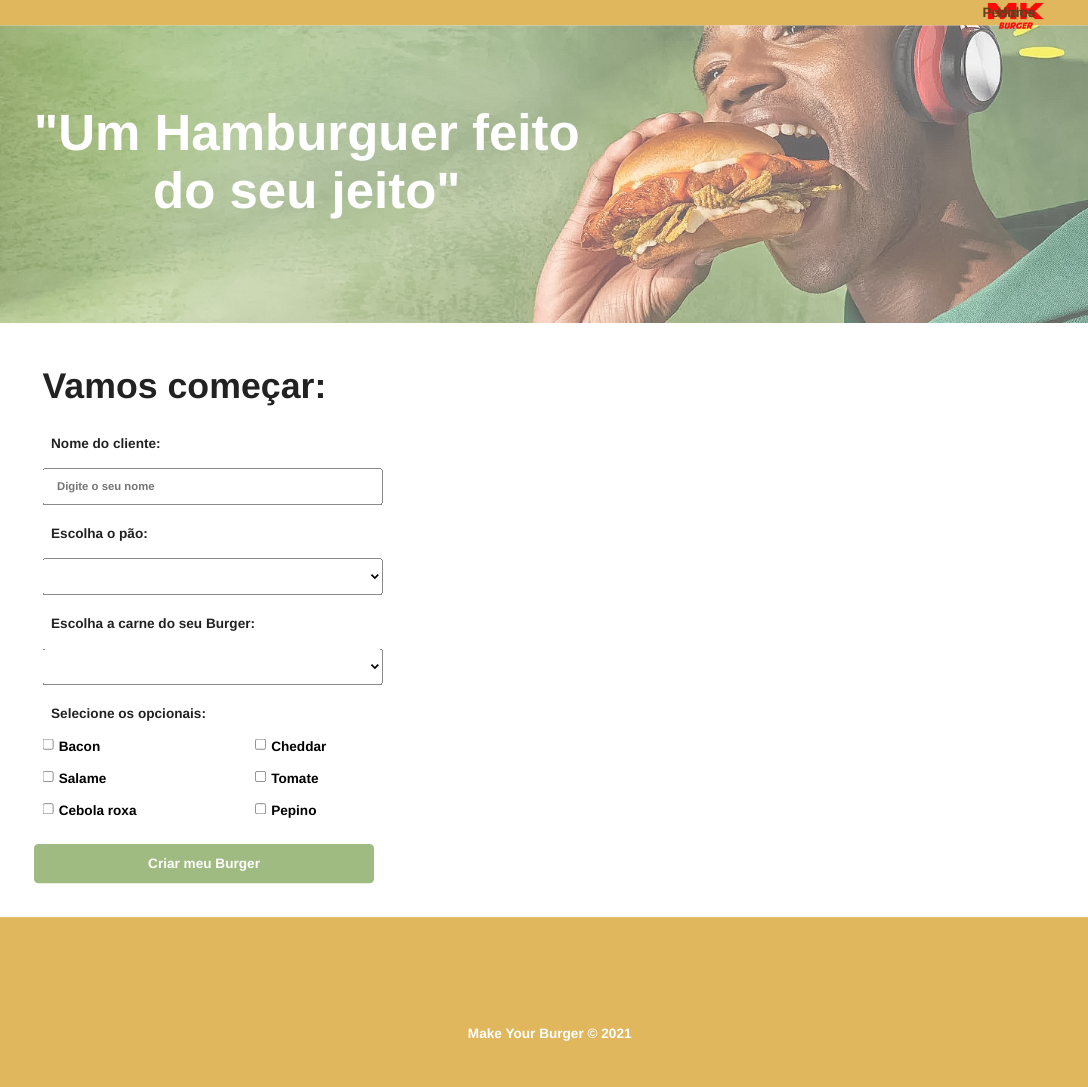
Repository: MarcoantonioCaldeira/Sistema-para-Hamburgueria
Page: /
The author's editor kept a copy of each file at every save. The page is drawn from the files as they stood at one save, then again after the next save.
The browser window is 1280 px wide. The pictures show the whole page, at 85% of full size.
The project was rebuilt for these pictures with package versions that can differ from the ones it lists, and the page was loaded fresh each time. Requests to the local data server were answered from the project's data file. Also part of the build but not shown: vue.config.js.

Above is the page before, as saved 2022-11-02 22:27:45.

### src/App.vue
<template>
  <div>
    <Navbar :logo="logo_src" :alt="app_name"/>
    <div>
      <router-view></router-view>
    </div>
    <Footer />
  </div>
</template>

<script>
 import Navbar from './components/Navbar.vue';
 import Footer from './components/Footer.vue';

export default {
  data: function() {
    return{
      logo_src: "/img/logo.png",
      app_name: "Make Your Burger"
    }
  },
  components: {
    Navbar,
    Footer
  }
}
</script>

<style>
  * {
    font-family: Helvetica;
    font-weight: bold;
    padding: 0;
    margin: 0;
    box-sizing: border-box;
  }
  .main-container {
    margin: 50px;
    min-height: 250px;
  }
  h1 {
    font-size: 42px;
    margin-bottom: 30px;
    color: #222;
  }
</style>

### src/router/index.js
import { createRouter, createWebHistory } from 'vue-router'
import HomeView from '../views/Home.vue'

const routes = [
  {
    path: '/',
    name: 'home',
    component: HomeView
  },
  {
    path: '/pedidos',
    name: 'Pedidos',
    component: () => import(/* webpackChunkName: "pedidos" */ '../views/Pedidos.vue')
  }
]

const router = createRouter({
  history: createWebHistory(process.env.BASE_URL),
  routes
})

export default router

### src/components/Navbar.vue
<template>
    <div id="nav">
        <router-link to="/" id="logo-url">
            <img :src="logo" :alt="alt" id="logo">
        </router-link>
        <router-link to="/">Home</router-link>
        <router-link to="/pedidos">Pedidos</router-link>
    </div>
</template>

    <script>
    export default {
     name: 'Navbar',
     props: ["logo", "alt"]
    }
    </script>

    <style>
    #nav{
        background-color: rgb(224, 183, 92);
        padding: 15px 50px;
        display: flex;
        justify-content: flex-end;
        align-items: center;
      }

      #nav #logo-url{
        margin: auto;
        margin-left: 0;
      }

      #logo{
        width: 70px;
        height: 70px;
      }

      #nav a{
        color: #604020;
        font-siza: 160px;
        text-decoration:none;
        margin:12px;
        transition: .5s;
      }

      #nav a:hover{
        color:#fff;
      }
    </style>

### src/components/Footer/Footer.vue
<template>
    <div id="footer">
      <p>Make Your Burger &copy; 2021</p>
      <div id="Footer-info">
        <a>Quem somos</a>
        <a>Nossos Termos</a>
        <a>Entre em contato conosco</a>
      </div>
    </div>
  </template>

  <script>
  export default {
    name: "Footer"
  }
  </script>

  <style src="./style.scss"  lang="scss">

  </style>

### src/views/Home.vue
<template>
  <Banner />
  <div class="main-container">
    <h1>Vamos começar:</h1>
    <BurgerForm />
  </div>
</template>

<script>
import Banner from "../components/Banner.vue"
import BurgerForm from "../components/BurgerForm.vue"

export default{
  name: "Home",
  components: {
    Banner,
    BurgerForm
  }
}
</script>

### src/components/Footer/style.scss

p{
    position:absolute;
    margin-left: 43%;
    margin-top: 10%;
    display: inline;
  }

  a{
    position: absolute;
    margin-top: 10%;
    margin: 0 10px;
  }

  #Footer-info{
    height: 40px;
    margin-left: -53%;
  }

  #footer {
    height: 200px;
    background-color: rgb(224, 183, 92);
    color: #ffffff;
    bottom: 0;
    width: 100%;
  }

### src/components/Banner.vue
<template>
   <div id="main-banner">
    <h1>"Um Hamburguer feito <br> do seu jeito"</h1>
   </div>
</template>
<script>

export default{
    name: 'Banner'
}

</script>
<style>

#main-banner{
    background-image: url('/public/img/burger.jpg');
    background-position: 0 -250px;
    background-size: cover;
    height: 350px;
    display: flex;
    align-items: center;
    justify-content: flex-start;
}

#main-banner h1{
    color: #fff;
    text-align: center;
    font-size: 60px;
    padding: 20px 40px;
}
</style>

### src/components/BurgerForm.vue
<template>
    <Message :msg="msg" v-show="msg" />
    <div>
      <form id="burger-form" method="POST" @submit="createBurger">
        <div class="input-container">
          <label for="nome">Nome do cliente:</label>
          <input type="text" id="nome" name="nome" v-model="nome" placeholder="Digite o seu nome" required>
        </div>
        <div class="input-container">
          <label for="pao">Escolha o pão:</label>
          <select name="pao" id="pao" v-model="pao">
            <option value="">Selecione o seu pão</option>
            <option v-for="pao in paes" :key="pao.id" value="pao.tipo">{{ pao.tipo }}</option>
          </select>
        </div>
        <div class="input-container">
          <label for="carne">Escolha a carne do seu Burger:</label>
          <select name="carne" id="carne" v-model="carne">
            <option value="">Selecione o tipo de carne</option>
            <option v-for="carne in carnes" :key="carne.id" value="carne.tipo">{{ carne.tipo }}</option>
          </select>
        </div>
        <div id="opcionais-container" class="input-container">
          <label id="opcionais-title" for="opcionais">Selecione os opcionais:</label>
          <div class="checkbox-container" v-for="opcional in opcionaisdata" :key="opcional.id">
            <input type="checkbox" name="opcionais" v-model="opcionais" :value="opcional.tipo">
            <span>{{ opcional.tipo }}</span>
          </div>
        </div>
        <div class="input-container">
          <input class="submit-btn" type="submit" value="Criar meu Burger">
        </div>
      </form>
    </div>
  </template>

  <script>
  import Message from './Message'
  export default {
    name: "BurgerForm",
    data() {
      return {
        paes: null,
        carnes: null,
        opcionaisdata: null,
        nome: null,
        pao: null,
        carne: null,
        opcionais: [],
        status: "Solicitado",
        msg: null
      }
    },
    methods: {
      async getIngredientes() {
        const req = await fetch('http://localhost:3000/ingredientes');
        const data = await req.json();

        this.paes = data.paes;
        this.carnes = data.carnes;
        this.opcionaisdata = data.opcionais;
      },
      async createBurger(e) {

        e.preventDefault();

        const data = {
          nome: this.nome,
          carne: this.carne,
          pao: this.pao,
          opcionais: Array.from(this.opcionais),
          status: "Solicitado"
        }

        const dataJson = JSON.stringify(data);

        const req = await fetch('http://localhost:3000/burgers', {
          method: "POST",
          headers: { "Content-Type" : "application/json" },
          body: dataJson
        });
        const res = await req.json()
        console.log(res)
        this.msg = "Pedido realizado com sucesso!"
        // clear message
        setTimeout(() => this.msg = "", 3000)
        // limpar campos
        this.nome = ""
        this.carne = ""
        this.pao = ""
        this.opcionais = []

      }
    },
    mounted () {
      this.getIngredientes()
    },
    components: {
      Message
    }
  }
  </script>

  <style scoped>
  #burger-form {
    max-width: 500px;
  }
  .input-container {
    display: flex;
    flex-direction: column;
    margin-bottom: 20px;
  }
  label {
    font-weight: bold;
    margin-bottom: 15px;
    color: #222;;
    padding: 5px 10px;
  }
  input, select {
    padding: 12px 15px;
    width: 400px;
  }
  #opcionais-container {
    flex-direction: row;
    flex-wrap: wrap;
  }
  #opcionais-title {
    width: 100%;
  }
  .checkbox-container {
    display: flex;
    align-items: flex-start;
    width: 50%;
    margin-bottom: 20px;
  }
  .checkbox-container span,
  .checkbox-container input {
    width: auto;
  }
  .checkbox-container span {
    margin-left: 6px;
    font-weight: bold;
  }
  .submit-btn {
    background-color:#a0bb82;
    border-radius: 5px;
    color:white;
    font-weight: bold;
    border: 2px solid #a0bb82;
    padding: 15 15px;
    font-size: 16px;
    margin: -2%;
    cursor: pointer;
    transition: .5s;
  }
  .submit-btn:hover {
    background-color: transparent;
    color: #222;
  }
</style>

### src/components/Message.vue
<template>
    <div class="message-container">
        <p>{{ msg }}</p>
    </div>
</template>

<script>
export default {
    name: "Message",
    props: {
        msg: String
    }
}
</script>

<style>

.message-container{
    color: #004085;
    background-color: #deeeff;
    border: 2px solid #deeeff;
    border-radius: 5px;
    padding: 10px;
    max-width: 400px;
    margin: 30px auto;
}
</style>

### db/db.json
{
  "ingredientes": {
    "paes": [
      {
        "id": 1,
        "tipo": "Italiano Branco"
      },
      {
        "id": 2,
        "tipo": "3 Queijos"
      },
      {
        "id": 3,
        "tipo": "Parmesão e Orégano"
      },
      {
        "id": 4,
        "tipo": "Integral"
      }
    ],
    "carnes": [
      {
        "id": 1,
        "tipo": "Maminha"
      },
      {
        "id": 2,
        "tipo": "Alcatra"
      },
      {
        "id": 3,
        "tipo": "Picanha"
      },
      {
        "id": 4,
        "tipo": "Veggie burger"
      }
    ],
    "molhos-opcionais": [
      {
        "id": 1,
        "tipo": "Tomate"
      },
      {
        "id": 2,
        "tipo": "Creme de Alho"
      },
      {
        "id": 3,
        "tipo": "Vinagre com tomate"
      },
      {
        "id": 4,
        "tipo": "Pimenta mexicana"
      }
    ],
    "opcionais": [
      {
        "id": 1,
        "tipo": "Bacon"
      },
      {
        "id": 2,
        "tipo": "Cheddar"
      },
      {
        "id": 3,
        "tipo": "Salame"
      },
      {
        "id": 4,
        "tipo": "Tomate"
      },
      {
        "id": 4,
        "tipo": "Cebola roxa"
      },
      {
        "id": 4,
        "tipo": "Pepino"
      }
    ]
  },
  "status": [
    {
      "id": 1,
      "tipo": "Solicitado"
    },
    {
      "id": 2,
      "tipo": "Em produção"
    },
    {
      "id": 3,
      "tipo": "Finalizado"
    }
  ],
  "burgers": [
    {
      "nome": "Marco ",
      "carne": "carne.tipo",
      "pao": "pao.tipo",
      "opcionais": [
        "Tomate",
        "Bacon",
        "Salame"
      ],
      "status": "Solicitado",
      "id": 1
    }
  ]
}

Loaded but not shown: public/index.html (common file); src/main.js (common file)

After the next save:
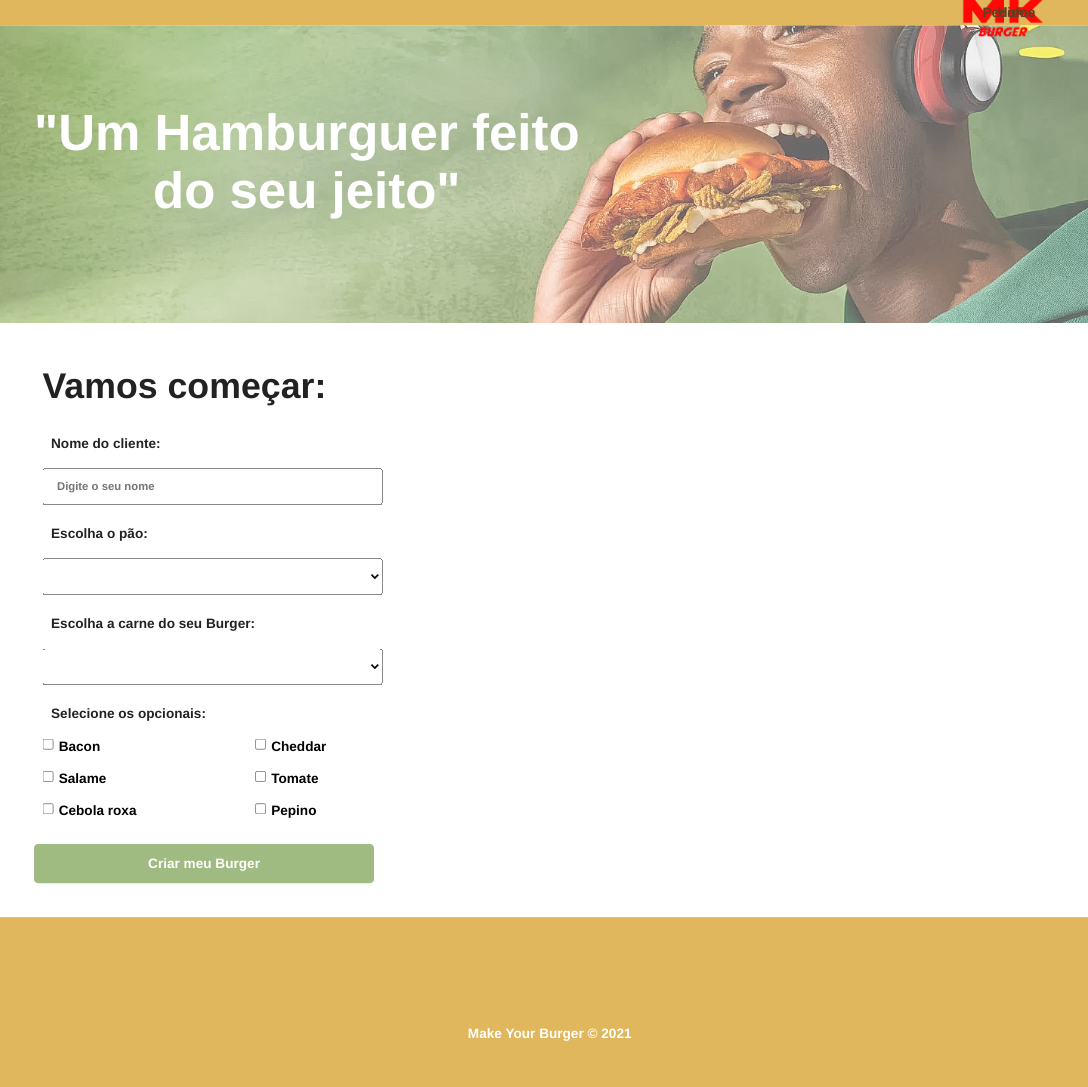
Saved 10 s later.
--- a/src/components/Navbar.vue
+++ b/src/components/Navbar.vue
@@ -30,8 +30,8 @@
       }
 
       #logo{
-        width: 70px;
-        height: 70px;
+        width: 100px;
+        height: 100px;
       }
 
       #nav a{
